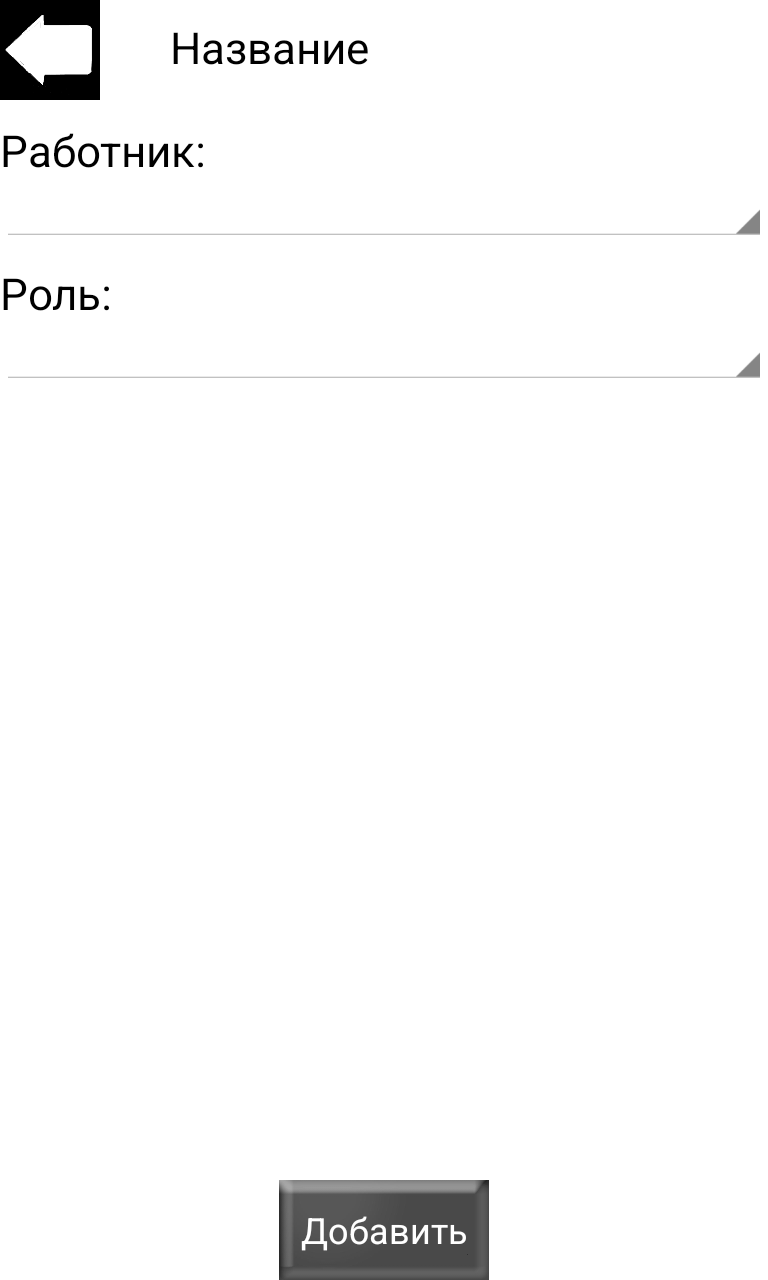
Repository: webguild/RedmineMobile
Layout: Android/RedmineAndroid/res/layout/project_add_worker.xml
These files come from the project's save history. The layout is drawn as it stood at one moment and after the next save; the edit follows.
It is drawn on a 768 x 1280 px phone screen (xhdpi) without system bars, with theme AppTheme; the app's code is not run.

Above is the layout before, as saved 2013-01-18 15:12:02.

### Android/RedmineAndroid/res/layout/project_add_worker.xml
<?xml version="1.0" encoding="utf-8"?>
<LinearLayout xmlns:android="http://schemas.android.com/apk/res/android"
    android:layout_width="match_parent"
    android:layout_height="match_parent"
    android:background="#fff"
    android:orientation="vertical" >

    <LinearLayout
        android:layout_width="match_parent"
        android:layout_height="wrap_content" >

        <Button
            android:id="@+id/button1"
            android:layout_width="50dp"
            android:layout_height="50dp"
            android:background="@drawable/backbutton" />

        <TextView
            android:id="@+id/textView1"
            android:layout_width="wrap_content"
            android:layout_height="wrap_content"
            android:layout_marginLeft="35dp"
            android:text="Название"
            android:textAppearance="?android:attr/textAppearanceLarge" />
    </LinearLayout>

    <TextView
        android:id="@+id/textView2"
        android:layout_width="wrap_content"
        android:layout_height="wrap_content"
        android:layout_marginTop="10dp"
        android:text="Работник:"
        android:textAppearance="?android:attr/textAppearanceLarge" />

    <Spinner
        android:id="@+id/spinner1"
        android:layout_width="match_parent"
        android:layout_height="wrap_content" />

    <TextView
        android:id="@+id/textView3"
        android:layout_width="wrap_content"
        android:layout_height="wrap_content"
        android:layout_marginTop="10dp"
        android:text="Роль:"
        android:textAppearance="?android:attr/textAppearanceLarge" />

    <Spinner
        android:id="@+id/spinner2"
        android:layout_width="match_parent"
        android:layout_height="wrap_content" />

    <android.widget.Space
        android:id="@+id/space1"
        android:layout_width="match_parent"
        android:layout_height="wrap_content" />

    <LinearLayout
        android:id="@+id/LinearLayout1"
        android:layout_width="fill_parent"
        android:layout_height="fill_parent"
        android:gravity="bottom|center"
        android:orientation="horizontal" >

        <LinearLayout
            android:layout_width="wrap_content"
            android:layout_height="match_parent"
            android:gravity="bottom|center"
            android:orientation="vertical" >

            <Button
                android:id="@+id/button2"
                android:layout_width="105dp"
                android:layout_height="50dp"
                android:background="@drawable/darkgreybutton"
                android:text="Добавить"
                android:textColor="#fff" />

        </LinearLayout>
    </LinearLayout>

</LinearLayout>

Loaded but not shown: Android/RedmineAndroid/res/values/styles.xml (common file); Android/RedmineAndroid/res/values-v11/styles.xml (common file)

After the next save:
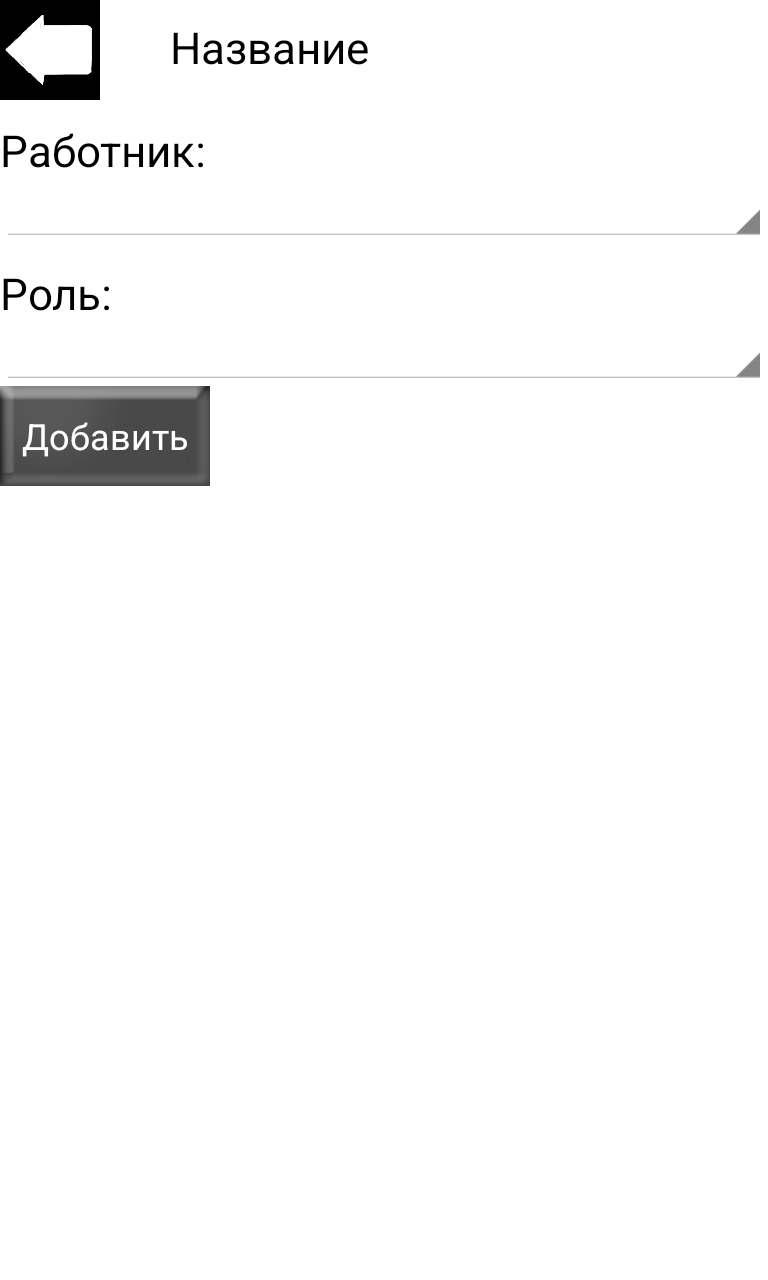
Saved 35 s later.
--- a/Android/RedmineAndroid/res/layout/project_add_worker.xml
+++ b/Android/RedmineAndroid/res/layout/project_add_worker.xml
@@ -55,28 +55,19 @@
         android:layout_width="match_parent"
         android:layout_height="wrap_content" />
 
-    <LinearLayout
-        android:id="@+id/LinearLayout1"
+    <FrameLayout
+        android:id="@+id/FrameLayout1"
         android:layout_width="fill_parent"
-        android:layout_height="fill_parent"
-        android:gravity="bottom|center"
-        android:orientation="horizontal" >
+        android:layout_height="fill_parent" >
 
-        <LinearLayout
-            android:layout_width="wrap_content"
-            android:layout_height="match_parent"
-            android:gravity="bottom|center"
-            android:orientation="vertical" >
+        <Button
+            android:id="@+id/button2"
+            android:layout_width="105dp"
+            android:layout_height="50dp"
+            android:background="@drawable/darkgreybutton"
+            android:text="Добавить"
+            android:textColor="#fff" />
 
-            <Button
-                android:id="@+id/button2"
-                android:layout_width="105dp"
-                android:layout_height="50dp"
-                android:background="@drawable/darkgreybutton"
-                android:text="Добавить"
-                android:textColor="#fff" />
-
-        </LinearLayout>
-    </LinearLayout>
+    </FrameLayout>
 
 </LinearLayout>

After the save that followed:
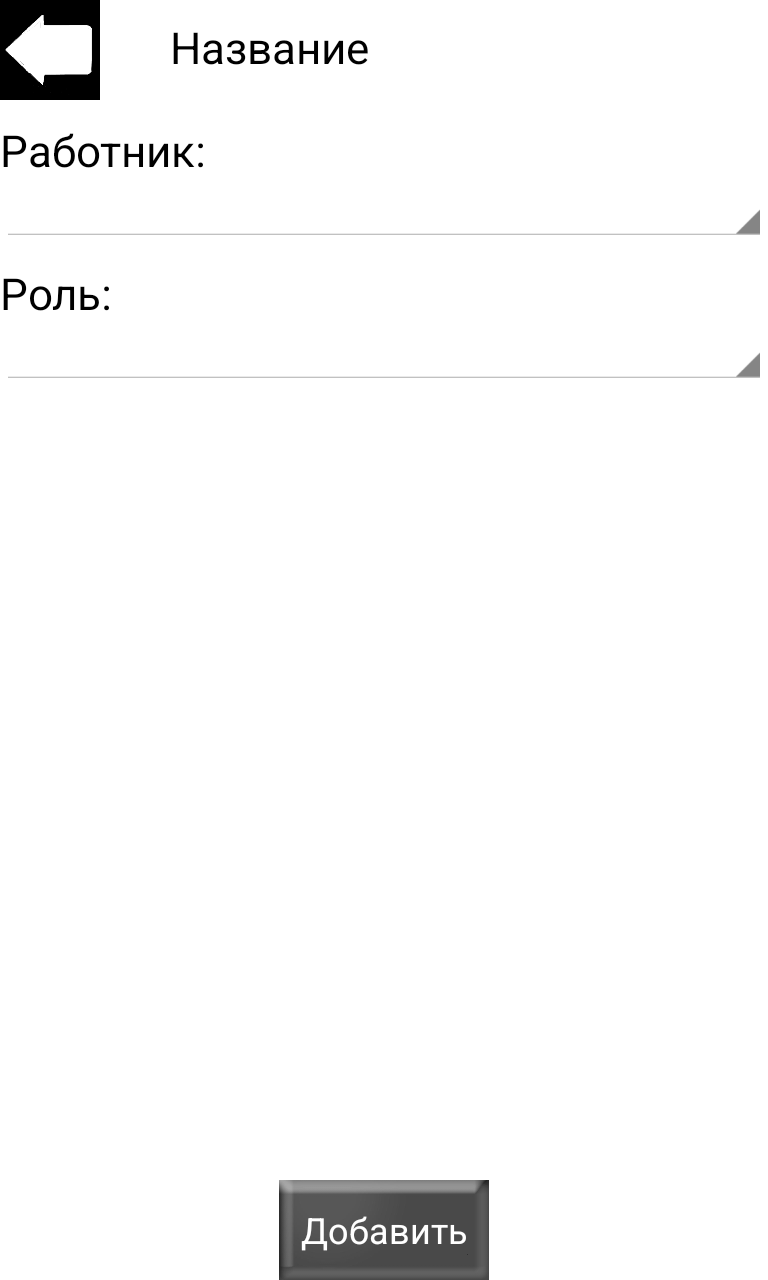
Saved 3 min 24 s later.
--- a/Android/RedmineAndroid/res/layout/project_add_worker.xml
+++ b/Android/RedmineAndroid/res/layout/project_add_worker.xml
@@ -55,19 +55,30 @@
         android:layout_width="match_parent"
         android:layout_height="wrap_content" />
 
-    <FrameLayout
-        android:id="@+id/FrameLayout1"
+    <LinearLayout
+        android:id="@+id/LinearLayout1"
         android:layout_width="fill_parent"
-        android:layout_height="fill_parent" >
+        android:layout_height="fill_parent"
+        android:layout_gravity="bottom|center"
+        android:orientation="horizontal" >
 
-        <Button
-            android:id="@+id/button2"
-            android:layout_width="105dp"
-            android:layout_height="50dp"
-            android:background="@drawable/darkgreybutton"
-            android:text="Добавить"
-            android:textColor="#fff" />
+        <LinearLayout
+            android:layout_width="match_parent"
+            android:layout_height="wrap_content"
+            android:layout_gravity="bottom|center"
+            android:orientation="vertical" >
 
-    </FrameLayout>
+            <Button
+                android:id="@+id/button2"
+                android:layout_width="105dp"
+                android:layout_height="50dp"
+                android:layout_gravity="bottom|center"
+                android:background="@drawable/darkgreybutton"
+                android:text="Добавить"
+                android:textColor="#fff" />
+
+        </LinearLayout>
+
+    </LinearLayout>
 
 </LinearLayout>
